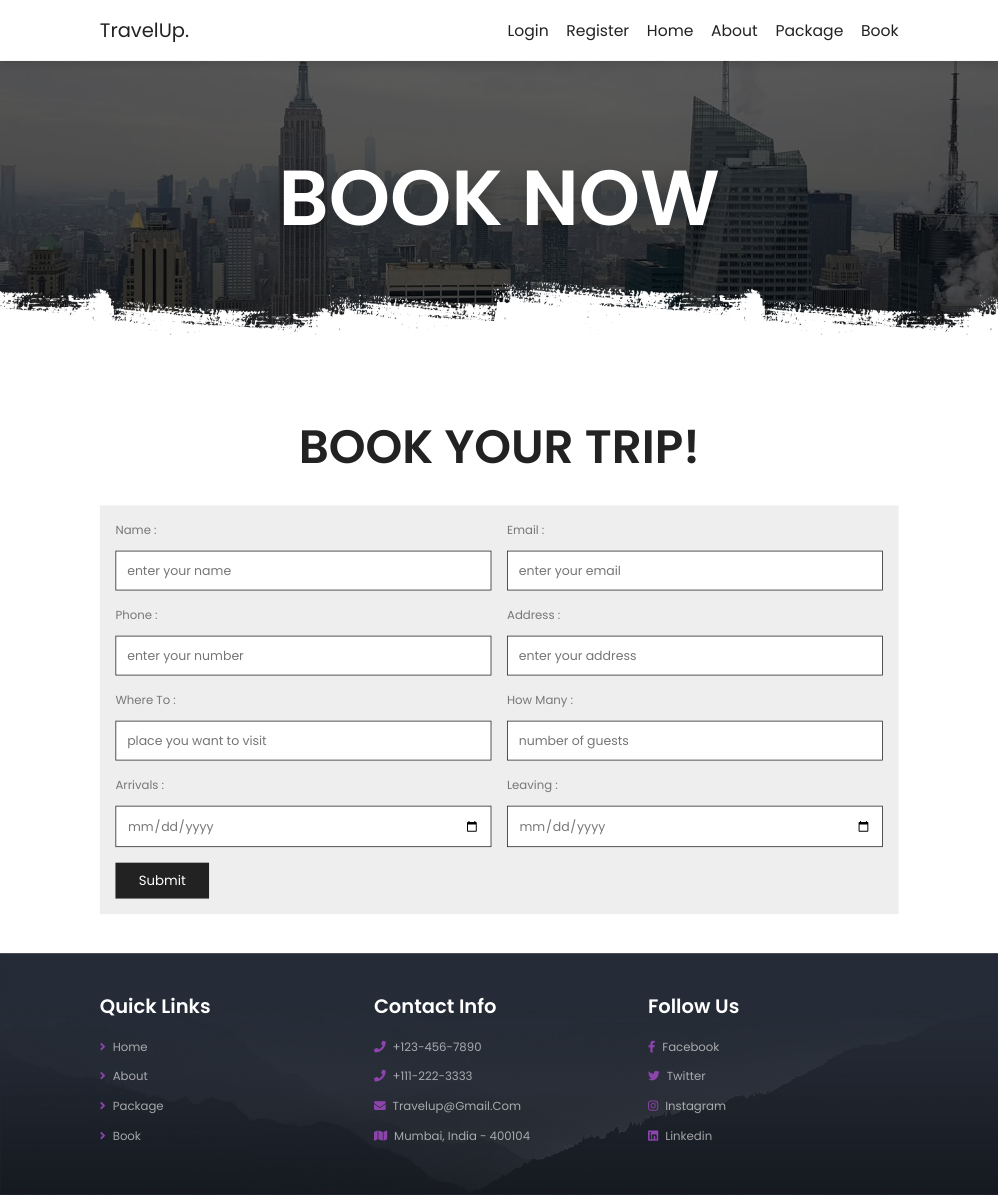
Repository: tanya2468/travel_agency
Page: http://localhost/book.php
An editor plug-in stored every save of this project. The page is shown before and after a run of saves, followed by the edit.
The browser window is 1280 px wide. The pictures show the whole page, at 78% of full size.
The page is run by PHP 8.4 with error messages shown; the project is at /var/www/html/.

Above is the page before, as saved 2024-11-12 19:07:36.
Console error: TypeError: Cannot set properties of null (setting 'onclick')

### book.php
<!DOCTYPE html>
<html lang="en">
<head>
   <meta charset="UTF-8">
   <meta http-equiv="X-UA-Compatible" content="IE=edge">
   <meta name="viewport" content="width=device-width, initial-scale=1.0">
   <title>book</title>

   <!-- swiper css link  -->
   <link rel="stylesheet" href="https://unpkg.com/swiper@7/swiper-bundle.min.css" />

   <!-- font awesome cdn link  -->
   <link rel="stylesheet" href="https://cdnjs.cloudflare.com/ajax/libs/font-awesome/5.15.4/css/all.min.css">

   <!-- custom css file link  -->
   <link rel="stylesheet" href="css/style.css">

</head>
<body>

<!-- header section starts  -->

<?php @include 'header.php'; ?>

<!-- header section ends -->

<div class="heading" style="background:url(images/header-bg-3.png) no-repeat">
   <h1>book now</h1>
</div>

<!-- booking section starts  -->

<section class="booking">

   <h1 class="heading-title">book your trip!</h1>

   <form action="book_form.php" method="post" class="book-form">

      <div class="flex">
         <div class="inputBox">
            <span>name :</span>
            <input type="text" placeholder="enter your name" name="name">
         </div>
         <div class="inputBox">
            <span>email :</span>
            <input type="email" placeholder="enter your email" name="email">
         </div>
         <div class="inputBox">
            <span>phone :</span>
            <input type="number" placeholder="enter your number" name="phone">
         </div>
         <div class="inputBox">
            <span>address :</span>
            <input type="text" placeholder="enter your address" name="address">
         </div>
         <div class="inputBox">
            <span>where to :</span>
            <input type="text" placeholder="place you want to visit" name="location">
         </div>
         <div class="inputBox">
            <span>how many :</span>
            <input type="number" placeholder="number of guests" name="guests">
         </div>
         <div class="inputBox">
            <span>arrivals :</span>
            <input type="date" name="arrivals">
         </div>
         <div class="inputBox">
            <span>leaving :</span>
            <input type="date" name="leaving">
         </div>
      </div>

      <input type="submit" value="submit" class="btn" name="send">

   </form>

</section>

<!-- booking section ends -->





<!-- footer section starts  -->

<?php @include 'footer.php'; ?>

<!-- footer section ends -->




<!-- swiper js link  -->
<script src="https://unpkg.com/swiper@7/swiper-bundle.min.js"></script>

<!-- custom js file link  -->
<script src="js/script.js"></script>

</body>
</html>

### header.php
<section class="header">
    <a href="home.php" class="logo">travelUp.</a>

    <nav class="navbar">
        <a href="login.php">Login</a>
        <a href="register.php">Register</a>
        <a href="home.php">Home</a>
        <a href="about.php">About</a>
        <a href="package.php">Package</a>
        <a href="book.php">Book</a>
    </nav>

    <div id="menu-btn" class="fas fa-bars"></div>
</section>

### footer.php
<section class="footer">

   <div class="box-container">

      <div class="box">
         <h3>quick links</h3>
         <a href="home.php"> <i class="fas fa-angle-right"></i> home</a>
         <a href="about.php"> <i class="fas fa-angle-right"></i> about</a>
         <a href="package.php"> <i class="fas fa-angle-right"></i> package</a>
         <a href="book.php"> <i class="fas fa-angle-right"></i> book</a>
      </div>


      <div class="box">
         <h3>contact info</h3>
         <a href="#"> <i class="fas fa-phone"></i> +123-456-7890 </a>
         <a href="#"> <i class="fas fa-phone"></i> +111-222-3333 </a>
         <a href="#"> <i class="fas fa-envelope"></i> travelup@gmail.com </a>
         <a href="#"> <i class="fas fa-map"></i> mumbai, india - 400104 </a>
      </div>

      <div class="box">
         <h3>follow us</h3>
         <a href="#"> <i class="fab fa-facebook-f"></i> facebook </a>
         <a href="#"> <i class="fab fa-twitter"></i> twitter </a>
         <a href="#"> <i class="fab fa-instagram"></i> instagram </a>
         <a href="#"> <i class="fab fa-linkedin"></i> linkedin </a>
      </div>

   </div>


</section>

### css/style.css
@import url('https://fonts.googleapis.com/css2?family=Poppins:wght@100;200;300;400;500;600&display=swap');

:root{
   --main-color:#8e44ad;
   --black:#222;
   --white:#fff;
   --light-black:#777;
   --light-white:#fff9;
   --dark-bg:rgba(0,0,0,.7);
   --light-bg:#eee;
   --border:.1rem solid var(--black);
   --box-shadow:0 .5rem 1rem rgba(0,0,0,.1);
   --text-shadow:0 1.5rem 3rem rgba(0,0,0,.3);
}

*{
   font-family: 'Poppins', sans-serif;
   margin:0; padding:0;
   box-sizing: border-box;
   outline: none; border:none;
   text-decoration: none;
   text-transform: capitalize;
}

html{
   font-size: 62.5%;
   overflow-x: hidden;
}

html::-webkit-scrollbar{
   width: 1rem;
}

html::-webkit-scrollbar-track{
   background-color: var(--white);
}

html::-webkit-scrollbar-thumb{
   background-color: var(--main-color);
}

section{
   padding:5rem 10%;
}

@keyframes fadeIn {
   0%{
      transform: scale(0);
      opacity: 0;
   }
}

.heading{
   background-size: cover !important;
   background-position: center !important;
   padding-top: 10rem;
   padding-bottom:15rem;
   display: flex;
   align-items: center;
   justify-content: center;
}

.heading h1{
   font-size: 10rem;
   text-transform: uppercase;
   color:var(--white);
   text-shadow: var(--text-shadow);
}

.btn{
   display: inline-block;
   background: var(--black);
   margin-top: 1rem;
   color:var(--white);
   font-size: 1.7rem;
   padding:1rem 3rem;
   cursor: pointer;
}

.btn:hover{
   background: var(--main-color);
}

.heading-title{
   text-align: center;
   margin-bottom: 3rem;
   font-size: 6rem;
   text-transform: uppercase;
   color:var(--black);
}

.header{
   position: sticky;
   top:0; left:0; right:0;
   z-index: 1000;
   background-color: var(--white);
   display: flex;
   padding-top: 2rem;
   padding-bottom: 2rem;
   box-shadow: var(--box-shadow);
   align-items: center;
   justify-content: space-between;
}

.header .logo{
   font-size: 2.5rem;
   color:var(--black);
}

.header .navbar a{
   font-size: 2rem;
   margin-left: 2rem;
   color:var(--black);
}

.header .navbar a:hover{
   color:var(--main-color);
}

#menu-btn{
   font-size: 2.5rem;
   cursor: pointer;
   color:var(--black);
   display: none;
}

.home{
   padding:0;
}

.home .slide{
   text-align: center;
   padding:2rem;
   display: flex;
   align-items: center;
   justify-content: center;
   background-size: cover !important;
   background-position: center !important;
   min-height: 60rem;
}

.home .slide .content{
   width: 85rem;
   display: none;
}

.home .swiper-slide-active .content{
   display: inline-block;
}

.home .slide .content span{
   display: block;
   font-size: 2.2rem;
   color: var(--light-white);
   padding-bottom: 1rem;
   animation:fadeIn .2s linear backwards .2s;
}

.home .slide .content h3{
   font-size: 6vw;
   color:var(--white);
   text-transform: uppercase;
   line-height: 1;
   text-shadow: var(--text-shadow);
   padding:1rem 0;
   animation:fadeIn .2s linear backwards .4s;
}

.home .slide .content .btn{
   animation:fadeIn .2s linear backwards .6s;
}

.home .swiper-button-next,
.home .swiper-button-prev{
   top:inherit;
   left: inherit;
   bottom: 0;
   right: 0;
   height: 7rem;
   width: 7rem;
   background: var(--white);
   color:var(--black);
}

.home .swiper-button-next:hover,
.home .swiper-button-prev:hover{
   background: var(--main-color);
   color:var(--white);
}

.home .swiper-button-next::after,
.home .swiper-button-prev::after{
   font-size: 2rem;
}

.home .swiper-button-prev{
   right: 7rem;
}

.services .box-container{
   display: grid;
   grid-template-columns: repeat(auto-fit, minmax(16rem, 1fr));
   gap: 1.5rem;
}

.services .box-container .box{
   padding:3rem 2rem;
   text-align: center;
   background: var(--main-color);
   cursor: pointer;
}

.services .box-container .box:hover{
   background: var(--black);
}

.services .box-container .box img{
   height: 7rem;
}

.services .box-container .box h3{
   color:var(--white);
   font-size: 1.7rem;
   padding-top: 1rem;
}

.home-about{
   display: flex;
   align-items: center;
   flex-wrap: wrap;
}

.home-about .image{
   flex:1 1 41rem;
}

.home-about .image img{
   width: 100%;
}

.home-about .content{
   flex:1 1 41rem;
   padding:3rem;
   background: var(--light-bg);
}

.home-about .content h3{
   font-size: 3rem;
   color:var(--black);
}

.home-about .content p{
   font-size: 1.5rem;
   padding:1rem 0;
   line-height: 2;
   color:var(--black);
}

.home-packages{
   background: var(--light-bg);
}

.home-packages .box-container{
   display: grid;
   grid-template-columns: repeat(auto-fit, minmax(30rem, 1fr));
   gap: 2rem;
}

.home-packages .box-container .box{
   border:var(--border);
   box-shadow: var(--box-shadow);
   background: var(--white);
}

.home-packages .box-container .box:hover .image img{
   transform: scale(1.1);
}

.home-packages .box-container .box .image{
   height: 25rem;
   overflow: hidden;
}

.home-packages .box-container .box .image img{
   height: 100%;
   width: 100%;
   object-fit: cover;
   transition: .2s linear;
}

.home-packages .box-container .box .content{
   padding:2rem;
   text-align: center;
}

.home-packages .box-container .box .content h3{
   font-size: 2.5rem;
   color:var(--black);
}

.home-packages .box-container .box .content p{
   font-size: 1.5rem;
   color:var(--light-black);
   line-height: 2;
   padding:1rem 0;
}

.home-packages .load-more{
   text-align: center;
   margin-top: 2rem;
}

.home-offer{
   text-align: center;
}

.home-offer .content{
   max-width:70rem;
   margin:0 auto;
}

.home-offer .content h3{
   font-size: 3.5rem;
   text-transform: uppercase;
   color:var(--black);
}

.home-offer .content p{
   font-size: 1.5rem;
   color:var(--light-black);
   line-height: 2;
   padding:1rem 0;
}

.about{
   display: flex;
   align-items: center;
   flex-wrap: wrap;
   gap:3rem;
}

.about .image{
   flex:1 1 41rem;
}

.about .image img{
   width: 100%;
}

.about .content{
   flex:1 1 41rem;
   text-align: center;
}

.about .content h3{
   font-size: 3rem;
   color:var(--black);
}

.about .content p{
   font-size: 1.5rem;
   color:var(--light-black);
   line-height: 2;
   padding:1rem 0;
}

.about .content .icons-container{
   margin-top: 2rem;
   display: flex;
   flex-wrap: wrap;
   gap:1.5rem;
   align-items: flex-end;
}

.about .content .icons-container .icons{
   background: var(--light-bg);
   padding:2rem;
   flex:1 1 16rem;
}

.about .content .icons-container .icons i{
   font-size: 4rem;
   margin-bottom: 2rem;
   color:var(--main-color);
}

.about .content .icons-container .icons span{
   font-size: 1.5rem;
   color:var(--light-black);
   display:block;
}

.reviews{
   background: var(--light-bg);
}

.reviews .slide{
   padding:2rem;
   border:var(--border);
   background: var(--white);
   text-align: center;
   box-shadow: var(--box-shadow);
   user-select: none;
}

.reviews .slide .stars{
   padding-bottom: .5rem;
}

.reviews .slide .stars i{
   font-size: 1.7rem;
   color:var(--main-color);
}

.reviews .slide p{
   font-size: 1.5rem;
   color:var(--light-black);
   line-height: 2;
   padding:1rem 0;
}

.reviews .slide h3{
   font-size: 2rem;
   color:var(--black);
}

.reviews .slide span{
   font-size: 1.5rem;
   color:var(--main-color);
   display: block;
}

.reviews .slide img{
   height: 7rem;
   width: 7rem;
   border-radius: 50%;
   margin-top: 1rem;
}

.packages .box-container{
   display: grid;
   grid-template-columns: repeat(auto-fit, minmax(30rem, 1fr));
   gap: 2rem;
}

.packages .box-container .box{
   border:var(--border);
   box-shadow: var(--box-shadow);
   background: var(--white);
   display: none;
}

.packages .box-container .box:nth-child(1),
.packages .box-container .box:nth-child(2),
.packages .box-container .box:nth-child(3),
.packages .box-container .box:nth-child(4),
.packages .box-container .box:nth-child(5),
.packages .box-container .box:nth-child(6){
   display: inline-block;
}

.packages .box-container .box:hover .image img{
   transform: scale(1.1);
}

.packages .box-container .box .image{
   height: 25rem;
   overflow: hidden;
}

.packages .box-container .box .image img{
   height: 100%;
   width: 100%;
   object-fit: cover;
   transition: .2s linear;
}

.packages .box-container .box .content{
   padding:2rem;
   text-align: center;
}

.packages .box-container .box .content h3{
   font-size: 2.5rem;
   color:var(--black);
}

.packages .box-container .box .content p{
   font-size: 1.5rem;
   color:var(--light-black);
   line-height: 2;
   padding:1rem 0;
}

.packages .load-more{
   text-align: center;
   margin-top: 2rem;
}

.booking .book-form{
   padding:2rem;
   background: var(--light-bg);
}

.booking .book-form .flex{
   display: flex;
   flex-wrap: wrap;
   gap:2rem;
}

.booking .book-form .flex .inputBox{
   flex:1 1 41rem;
}

.booking .book-form .flex .inputBox input{
   width: 100%;
   padding:1.2rem 1.4rem;
   font-size: 1.6rem;
   color:var(--light-black);
   text-transform: none;
   margin-top: 1.5rem;
   border:var(--border);
}

.booking .book-form .flex .inputBox input:focus{
   background: var(--black);
   color:var(--white);
}

.booking .book-form .flex .inputBox input:focus::placeholder{
   color:var(--light-white);
}

.booking .book-form .flex .inputBox span{
   font-size: 1.5rem;
   color:var(--light-black);
}

.booking .book-form .btn{
   margin-top: 2rem;
}










.footer{
   background: url(../images/footer-bg.jpg) no-repeat;
   background-size: cover;
   background-position: center;
}

.footer .box-container{
   display: grid;
   grid-template-columns: repeat(auto-fit, minmax(25rem, 1fr));
   gap: 3rem;
}

.footer .box-container .box h3{
   color:var(--white);
   font-size: 2.5rem;
   padding-bottom: 2rem;
}

.footer .box-container .box a{
   color:var(--light-white);
   font-size: 1.5rem;
   padding-bottom: 1.5rem;
   display: block;
}

.footer .box-container .box a i{
   color:var(--main-color);
   padding-right: .5rem;
   transition: .2s linear;
}

.footer .box-container .box a:hover i{
   padding-right: 2rem;
}

.footer .credit{
   text-align: center;
   padding-top: 3rem;
   margin-top: 3rem;
   border-top: .1rem solid var(--light-white);
   font-size: 2rem;
   color:var(--white);
}

.footer .credit span{
   color:var(--main-color);
}
















/* media queries  */

@media (max-width:1200px){

   section{
      padding:3rem 5%;
   }

}

@media (max-width:991px){

   html{
      font-size: 55%;
   }

   section{
      padding:3rem 2rem;
   }

   .home .slide .content h3{
      font-size: 10vw;
   }

}

@media (max-width:768px){

   .heading h1{
      font-size: 4rem;
   }

   #menu-btn{
      display: inline-block;
      transition: .2s linear;
   }

   #menu-btn.fa-times{
      transform: rotate(180deg);
   }

   .header .navbar{
      position: absolute;
      top:99%; left:0; right:0;
      background-color: var(--white);
      border-top: var(--border);
      padding:2rem;
      transition: .2s linear;
      clip-path: polygon(0 0, 100% 0, 100% 0, 0 0);
   }

   .header .navbar.active{
      clip-path: polygon(0 0, 100% 0, 100% 100%, 0 100%);
   }

   .header .navbar a{
      display: block;
      margin:2rem;
      text-align: center;
   }

}

@media (max-width:450px){

   html{
      font-size: 50%;
   }

   .heading-title{
      font-size: 3.5rem;
   }

}

### js/script.js
let menu = document.querySelector('#menu-btn');
let navbar = document.querySelector('.header .navbar');

menu.onclick = () =>{
   menu.classList.toggle('fa-times');
   navbar.classList.toggle('active');
};

window.onscroll = () =>{
   menu.classList.remove('fa-times');
   navbar.classList.remove('active');
};

var swiper = new Swiper(".home-slider", {
   loop:true,
   navigation: {
     nextEl: ".swiper-button-next",
     prevEl: ".swiper-button-prev",
   },
});

var swiper = new Swiper(".reviews-slider", {
   grabCursor:true,
   loop:true,
   autoHeight:true,
   spaceBetween: 20,
   breakpoints: {
      0: {
        slidesPerView: 1,
      },
      700: {
        slidesPerView: 2,
      },
      1000: {
        slidesPerView: 3,
      },
   },
});

let loadMoreBtn = document.querySelector('.packages .load-more .btn');
let currentItem = 3;

loadMoreBtn.onclick = () =>{
   let boxes = [...document.querySelectorAll('.packages .box-container .box')];
   for (var i = currentItem; i < currentItem + 3; i++){
      boxes[i].style.display = 'inline-block';
   };
   currentItem += 3;
   if(currentItem >= boxes.length){
      loadMoreBtn.style.display = 'none';
   }
}

After the next 2 saves:
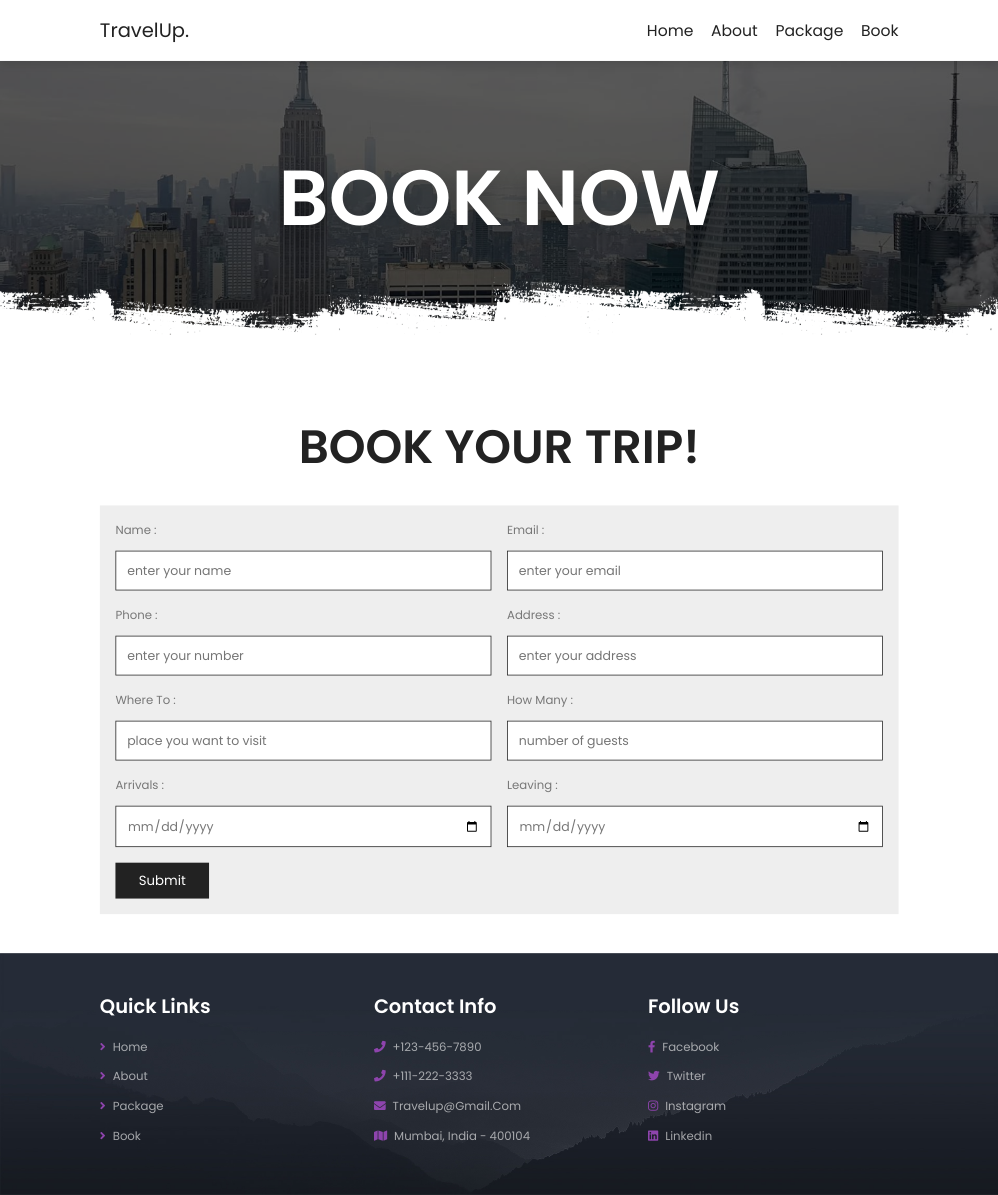
The 2 saves are shown as one change because they came seconds apart.
The last was saved 11 min 48 s later.
--- a/header.php
+++ b/header.php
@@ -2,8 +2,6 @@
     <a href="home.php" class="logo">travelUp.</a>
 
     <nav class="navbar">
-        <a href="login.php">Login</a>
-        <a href="register.php">Register</a>
         <a href="home.php">Home</a>
         <a href="about.php">About</a>
         <a href="package.php">Package</a>
